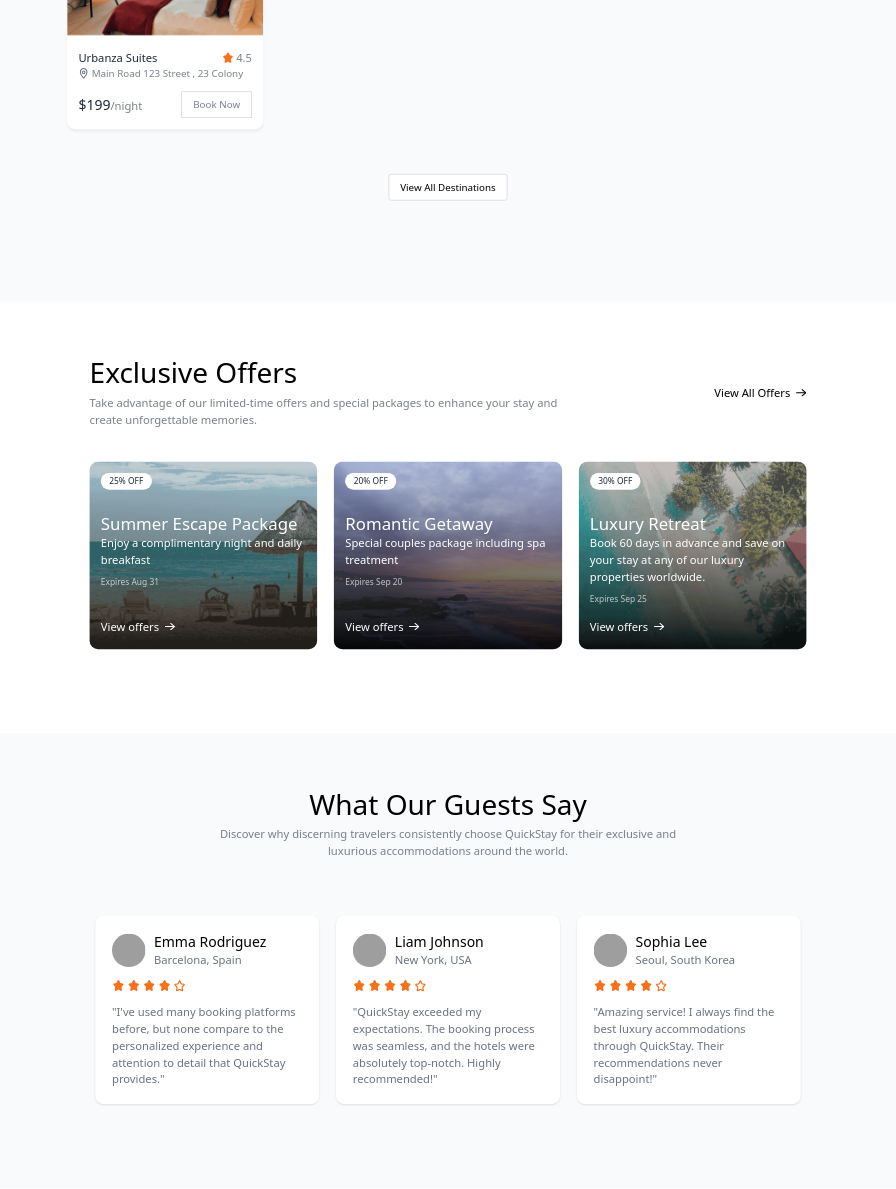
Repository: Ponn-Star/My-App
Page: / (app in FrontEnd/)
An editor plug-in stored every save of this project. The page is shown before and after the next save, followed by the edit.
The browser window is 1280 px wide. The pictures show the part of the page from y = 1461 to 3381 px (the page is 3159 px tall before and 3381 px after), at 70% of full size.
Pictures or frames that could not be fetched are drawn as grey boxes. The project was rebuilt for these pictures with package versions that can differ from the ones it lists, and the page was loaded fresh each time. Also part of the build but not shown: FrontEnd/vite.config.js, FrontEnd/src/assets/assets.js.

Above is the page before, as saved 2025-05-08 23:47:00.

### FrontEnd/index.html
<!doctype html>
<html lang="en">
  <head>
    <meta charset="UTF-8" />
    <link rel="icon" type="image/svg+xml" href="/favicon.svg" />
    <meta name="viewport" content="width=device-width, initial-scale=1.0" />
    <title>Booking</title>
  </head>
  <body>
    <div id="root"></div>
    <script type="module" src="/src/main.jsx"></script>
  </body>
</html>

### FrontEnd/src/main.jsx
import { StrictMode } from 'react'
import { createRoot } from 'react-dom/client'
import './index.css'
import App from './App.jsx'
import { BrowserRouter } from 'react-router-dom'

createRoot(document.getElementById('root')).render(
    <BrowserRouter>
      <App />
    </BrowserRouter>
)

### FrontEnd/src/App.jsx
import React from 'react'
import Navbar from './components/Navbar'
import { Route, Routes, useLocation } from 'react-router-dom'
import Home from './pages/Home'

function App() {

  const isOwnerPath = useLocation().pathname.includes("owner");
  return (
    <div>
      {!isOwnerPath && <Navbar />}
      <div className='min-h-[70vh]'>
        <Routes>
          <Route path='/' element={<Home />} />
        </Routes>
      </div>
    </div>
  )
}

export default App

### FrontEnd/src/components/Navbar.jsx
import React from 'react';
import { Link } from 'react-router-dom';
import { assets } from '../assets/assets';

const Navbar = () => {
    const navLinks = [
        { name: 'Home', path: '/' },
        { name: 'Hotels', path: '/rooms' },
        { name: 'Experience', path: '/' },
        { name: 'About', path: '/' },
    ];

    const [isScrolled, setIsScrolled] = React.useState(false);
    const [isMenuOpen, setIsMenuOpen] = React.useState(false);

    React.useEffect(() => {
        const handleScroll = () => {
            setIsScrolled(window.scrollY > 10);
        };
        window.addEventListener("scroll", handleScroll);
        return () => window.removeEventListener("scroll", handleScroll);
    }, []);

    return (
            <nav className={`fixed top-0 left-0 w-full flex items-center justify-between px-4 md:px-16 lg:px-24 xl:px-32 transition-all duration-500 z-50 ${isScrolled ? "bg-white/80 shadow-md text-gray-700 backdrop-blur-lg py-3 md:py-4" : "py-4 md:py-6"}`}>

                {/* Logo */}
                <Link to='/'>
                    <img src={assets.logo} alt="logo" className={`h-9 ${isScrolled && "invert opacity-80"}`} />
                </Link>

                {/* Desktop Nav */}
                <div className="hidden md:flex items-center gap-4 lg:gap-8">
                    {navLinks.map((link, i) => (
                        <a key={i} href={link.path} className={`group flex flex-col gap-0.5 ${isScrolled ? "text-gray-700" : "text-white"}`}>
                            {link.name}
                            <div className={`${isScrolled ? "bg-gray-700" : "bg-white"} h-0.5 w-0 group-hover:w-full transition-all duration-300`} />
                        </a>
                    ))}
                    <button className={`border px-4 py-1 text-sm font-light rounded-full cursor-pointer ${isScrolled ? 'text-black' : 'text-white'} transition-all`}>
                        Dashboard
                    </button>
                </div>

                {/* Desktop Right */}
                <div className="hidden md:flex items-center gap-4">
                    <img src={assets.searchIcon} alt='search' className={`${isScrolled && "invert"} h-7 transition duration-500`} />
                    <button className="bg-black text-white px-8 py-2.5 rounded-full ml-4 transition-all duration-500">
                        Login
                    </button>
                </div>

                {/* Mobile Menu Button */}
                <div className="flex items-center gap-3 md:hidden">
                    <img onClick={()=> setIsMenuOpen(!isMenuOpen)} src={assets.menuIcon} alt='' className={`${isScrolled && "invert"} h-4`} />
                </div>

                {/* Mobile Menu */}
                <div className={`fixed top-0 left-0 w-full h-screen bg-white text-base flex flex-col md:hidden items-center justify-center gap-6 font-medium text-gray-800 transition-all duration-500 ${isMenuOpen ? "translate-x-0" : "-translate-x-full"}`}>
                    <button className="absolute top-4 right-4" onClick={() => setIsMenuOpen(false)}>
                        <img src={assets.closeIcon} alt='close' className="h-6.5" />
                    </button>

                    {navLinks.map((link, i) => (
                        <a key={i} href={link.path} onClick={() => setIsMenuOpen(false)}>
                            {link.name}
                        </a>
                    ))}

                    <button className="border px-4 py-1 text-sm font-light rounded-full cursor-pointer transition-all">
                        Dashboard
                    </button>

                    <button className="bg-black text-white px-8 py-2.5 rounded-full transition-all duration-500">
                        Login
                    </button>
                </div>
            </nav>
    );
}

export default Navbar

### FrontEnd/src/pages/Home.jsx
import React from 'react'
import Hero from '../components/Hero'
import FeaturedDestination from '../components/FeaturedDestination'
import ExclusiveOffers from '../components/ExclusiveOffers'
import Testimonial from '../components/Testimonial'

const Home = () => {
  return (
    <>
      <Hero />
      <FeaturedDestination />
      <ExclusiveOffers />
      <Testimonial />
    </>
  )
}

export default Home

### FrontEnd/src/components/Hero.jsx
import React from 'react'
import { cities } from '../assets/assets'

const Hero = () => {
  return (
    <div className='flex flex-col items-start justify-center px-6 md:px-16 lg:px-24 xl:px-32 text-white bg-[url("/src/assets/heroImage.png")] bg-no-repeat bg-cover bg-center h-screen'>
      <p className="bg-[#49B9FF]/50 px-3.5 py-1 rounded-full mt-20">The Premium Glamping</p>
      <h1 className="font-playfair text-2x1 md:text-5x1 md:text-[50px] md:leading-[56px] font-bold md:font-extrabold max-w-xl mt-4">CỰC CHILL CẮM TRẠI BBQ TRƯỚC LỀU!</h1>
      <p className="max-w-170 mt-2 text-sm md:text-base">Giữa rừng thông lặng lẽ, 𝐅𝐨𝐫𝐞𝐬𝐭 𝐒𝐜𝐞𝐧𝐭 𝐆𝐥𝐚𝐦𝐩𝐢𝐧𝐠 & 𝐂𝐚𝐦𝐩𝐢𝐧𝐠 không ồn ào, không vội vã, không deadline. Chỉ cần xách balo lên và để 𝐅𝐨𝐫𝐞𝐬𝐭 𝐒𝐜𝐞𝐧𝐭 lo. Mọi thứ đã sẵn sàng để bạn “nghỉ ngơi” đúng nghĩa</p>

      <form className='bg-white text-gray-500 rounded-lg px-6 py-4 flex flex-col md:flex-row max-md:items-start gap-4 max-md:mx-auto mt-10'>

            <div>
                <div className='flex items-center gap-2'>
                    <svg className="w-4 h-4 text-gray-800" aria-hidden="true" xmlns="http://www.w3.org/2000/svg" width="24" height="24" fill="none" viewBox="0 0 24 24" >
                        <path stroke="currentColor" strokeLinecap="round" strokeLinejoin="round" strokeWidth="2" d="M4 10h16M8 14h8m-4-7V4M7 7V4m10 3V4M5 20h14a1 1 0 0 0 1-1V7a1 1 0 0 0-1-1H5a1 1 0 0 0-1 1v12a1 1 0 0 0 1 1Z" />
                    </svg>
                    <label htmlFor="destinationInput">Destination</label>
                </div>
                <input list='destinations' id="destinationInput" type="text" className=" rounded border border-gray-200 px-3 py-1.5 mt-1.5 text-sm outline-none" placeholder="Type here" required />
                <datalist id='destinations'>
                  {cities.map((city, index) => (
                    <option value={index} key={city}/>
                  ))}
                  /</datalist>
            </div>

            <div>
                <div className='flex items-center gap-2'>
                    <svg className="w-4 h-4 text-gray-800" aria-hidden="true" xmlns="http://www.w3.org/2000/svg" width="24" height="24" fill="none" viewBox="0 0 24 24" >
                        <path stroke="currentColor" strokeLinecap="round" strokeLinejoin="round" strokeWidth="2" d="M4 10h16M8 14h8m-4-7V4M7 7V4m10 3V4M5 20h14a1 1 0 0 0 1-1V7a1 1 0 0 0-1-1H5a1 1 0 0 0-1 1v12a1 1 0 0 0 1 1Z" />
                    </svg>
                    <label htmlFor="checkIn">Check in</label>
                </div>
                <input id="checkIn" type="date" className=" rounded border border-gray-200 px-3 py-1.5 mt-1.5 text-sm outline-none" />
            </div>

            <div>
                <div className='flex items-center gap-2'>
                    <svg className="w-4 h-4 text-gray-800" aria-hidden="true" xmlns="http://www.w3.org/2000/svg" width="24" height="24" fill="none" viewBox="0 0 24 24" >
                        <path stroke="currentColor" strokeLinecap="round" strokeLinejoin="round" strokeWidth="2" d="M4 10h16M8 14h8m-4-7V4M7 7V4m10 3V4M5 20h14a1 1 0 0 0 1-1V7a1 1 0 0 0-1-1H5a1 1 0 0 0-1 1v12a1 1 0 0 0 1 1Z" />
                    </svg>
                    <label htmlFor="checkOut">Check out</label>
                </div>
                <input id="checkOut" type="date" className=" rounded border border-gray-200 px-3 py-1.5 mt-1.5 text-sm outline-none" />
            </div>

            <div className='flex md:flex-col max-md:gap-2 max-md:items-center'>
                <label htmlFor="guests">Guests</label>
                <input min={1} max={4} id="guests" type="number" className=" rounded border border-gray-200 px-3 py-1.5 mt-1.5 text-sm outline-none  max-w-16" placeholder="0" />
            </div>

            <button className='flex items-center justify-center gap-1 rounded-md bg-black py-3 px-4 text-white my-auto cursor-pointer max-md:w-full max-md:py-1' >
                <svg className="w-4 h-4 text-white" aria-hidden="true" xmlns="http://www.w3.org/2000/svg" width="24" height="24" fill="none" viewBox="0 0 24 24" >
                    <path stroke="currentColor" strokeLinecap="round" strokeWidth="2" d="m21 21-3.5-3.5M17 10a7 7 0 1 1-14 0 7 7 0 0 1 14 0Z" />
                </svg>
                <span>Search</span>
            </button>
        </form>
    </div>
  )
}

export default Hero

### FrontEnd/src/components/FeaturedDestination.jsx
import React from 'react'
import HotelCard from './HotelCard'
import { roomsDummyData } from '../assets/assets'
import Title from './Title'
import { useNavigate } from 'react-router-dom'

const FeaturedDestination = () => {

  const navigate = useNavigate()

  return (
    <div className='flex flex-col items-center px-6 md:px-16 lg:px-24 bg-slate-50 py-20'>

        <Title title='Featured Destination' subTitle='Discover our handpicked selection of exceptional properties around the world, offering unparalleled luxury and unforgettable experiences.' />

        <div className='flex flex-wrap items-center justify-between gap-6 mt-20'>
        {roomsDummyData.slice(0, 4).map((room, index) => (
            <HotelCard key={room._id} room={room} index={index} />
        ))}
        </div>

        <button onClick={() => { navigate('/rooms'); scrollTo(0, 0); }}
        className="my-16 px-4 py-2 text-sm font-medium border border-gray-300 rounded bg-white hover:bg-gray-50 transition-all cursor-pointer">
          View All Destinations
        </button>
    </div>
  )
}

export default FeaturedDestination

### FrontEnd/src/components/ExclusiveOffers.jsx
import React from 'react'
import Title from './Title'
import { assets, exclusiveOffers } from '../assets/assets'

const ExclusiveOffers = () => {
  return (
    <div className='flex flex-col items-center px-6 md:px-16 lg:px-24 xl:px-32 pt-20 pb-30'>
      <div className='flex flex-col md:flex-row items-center justify-between w-full'>
        <Title align='left' title='Exclusive Offers' subTitle='Take advantage of our limited-time offers and special packages to enhance your stay and create unforgettable memories.'/>
        <button className='group flex items-center gap-2 font-medium cursor-pointer max-md:mt-12'>
            View All Offers
            <img src={assets.arrowIcon} alt="arrow-icon"
            className='group-hover:translate-x-1 transition-all'/>
        </button>
      </div>

      <div className='grid grid-cols-1 md:grid-cols-2 lg:grid-cols-3 gap-6 mt-12'>
        {exclusiveOffers.map((item) => (
            <div key={item._id} className='group relative flex flex-col items-start justify-between gap-1 pt-12 md:pt-18 px-4 rounded-xl text-white bg-no-repeat bg-cover bg-center'
            style={{ backgroundImage: `url(${item.image})` }}>
                <p className='px-3 py-1 absolute top-4 left-4 text-xs bg-white text-gray-800 font-medium rounded-full'>{item.priceOff}% OFF</p>
                <div>
                    <p className='text-2xl font-medium font-playfair'>{item.title}</p>
                    <p>{item.description}</p>
                    <p className='text-xs text-white/70 mt-3'>Expires {item.expiryDate}</p>
                </div>
                <button className='flex items-center gap-2 font-medium cursor-pointer mt-4 mb-5'>
                    View offers
                    <img className='invert group-hover:translate-x-1 transition-all'
                    src={assets.arrowIcon} alt=""
                    />
                </button>
            </div>
        ))}
      </div>
    </div>
  )
}

export default ExclusiveOffers

### FrontEnd/src/components/Testimonial.jsx
import React from 'react'
import Title from './Title'
import { testimonials} from '../assets/assets'
import StarRating from './StarRating'

const Testimonial = () => {
  return (
    <div className='flex flex-col items-center px-6 md:px-16 lg:px-24 bg-slate-50 pt-20 pb-30'>
      <Title
            title="What Our Guests Say"
            subTitle="Discover why discerning travelers consistently choose QuickStay for their exclusive and luxurious accommodations around the world."
        />

        <div className="flex flex-wrap items-center gap-6 mt-20">
                {testimonials.map((testimonial) => (
                    <div key={testimonial.id} className="bg-white p-6 rounded-xl shadow max-w-xs">
                        <div className="flex items-center gap-3">
                            <img className="w-12 h-12 rounded-full" src={testimonial.image} alt={testimonial.name} />
                            <div>
                                <p className="font-playfair text-xl">{testimonial.name}</p>
                                <p className="text-gray-500">{testimonial.address}</p>
                            </div>
                        </div>
                        <div className="flex items-center gap-1 mt-4">
                            <StarRating/>
                        </div>
                        <p className="text-gray-500 max-w-90 mt-4">"{testimonial.review}"</p>
                    </div>
                ))}
            </div>
    </div>
  )
}

export default Testimonial

### FrontEnd/src/components/HotelCard.jsx
import React from 'react'
import { Link } from 'react-router-dom'
import { assets } from '../assets/assets'

const HotelCard = ({room, index}) => {
  return (
      <Link to={'/room/' + room._id} onClick={()=> scrollTo(0,0)} key={room._id} className='relative max-w-70 w-full rounded-xl overflow-hidden bg-white text-gray-500/90 shadow-[0px_4px_4px_rgba(0,0,0,0.05)]'>
          <img src={room.images[0]} alt=""/>

          {index % 2 === 0 && <p className='px-3 py-1 absolute top-3 left-3 text-xs bg-white text-gray-800 font-medium rounded-full'>Best Seller </p>}

          <div className='p-4 pt-5'>
            <div className='flex items-center justify-between'>
                <p className='font-playfair text-x1 font-medium text-gray-800'>{room.hotel.name}</p>
                <div className='flex items-center gap-1'>
                    <img src={assets.starIconFilled} alt="star-icon" /> 4.5
                </div>
            </div>
                <div className='flex items-center gap-1 text-sm'>
                    <img src={assets.locationIcon} alt="location-icon" />
                    <span>{room.hotel.address}</span>
                </div>
                <div className='flex items-center justify-between mt-4'>
                    <p><span className='text-xl text-gray-800'>${room.pricePerNight}</span>/night</p>
                    <button className='px-4 py-2 text-sm font-medium border border-gray-300 rounded:bg-gray-50 transition-all cursor-pointer'>Book Now</button>
                </div>
          </div>
      </Link>
  )
}

export default HotelCard

### FrontEnd/src/components/Title.jsx
import React from 'react'

const Title = ({title, subTitle, align, font}) => {
    return (
        <div className={`flex flex-col justify-center items-center text-center ${align === "left" && "md:items-start md:text-left"}`}>
          <h1 className={`text-4xl md:text-[40px] ${font || "font-playfair"}`}>{title}</h1>
          <p className="text-sm md:text-base text-gray-500/90 mt-2 max-w-174">{subTitle}</p>
        </div>
  )
}

export default Title

### FrontEnd/src/components/StarRating.jsx
import React from 'react'
import { assets } from '../assets/assets'


const StarRating = ({rating = 4}) => {
  return (
    <>
      {Array(5).fill('').map((_, index) => (
            <img src={rating > index ? assets.starIconFilled : assets.starIconOutlined} alt="star-icon" className='w-4.5 h-4.5'/>
        ))}
    </>
  )
}

export default StarRating

Loaded but not shown: FrontEnd/src/index.css (common file)

After the next save:
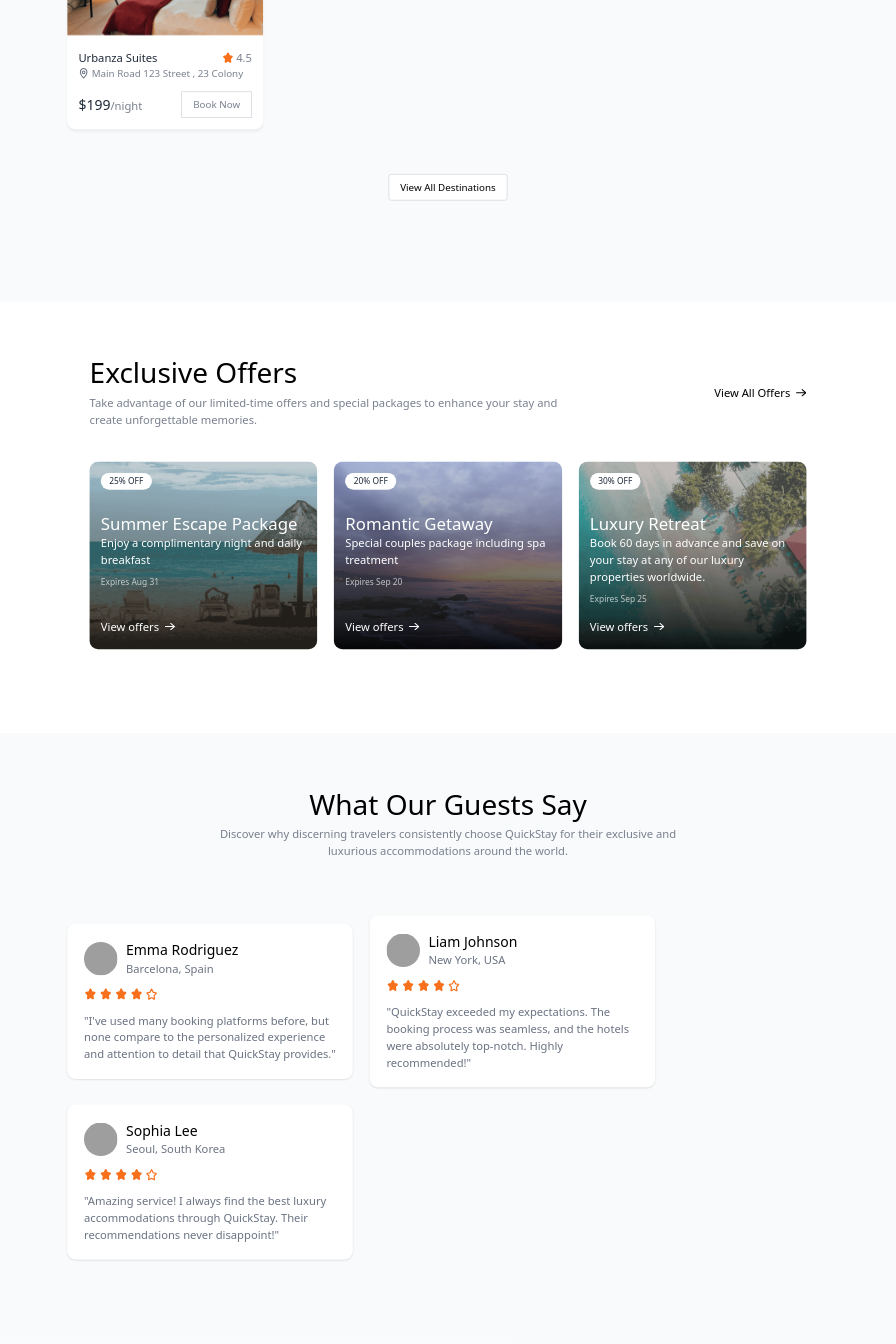
Saved 6 min 34 s later.
--- a/FrontEnd/src/components/Testimonial.jsx
+++ b/FrontEnd/src/components/Testimonial.jsx
@@ -13,7 +13,7 @@ const Testimonial = () => {
 
         <div className="flex flex-wrap items-center gap-6 mt-20">
                 {testimonials.map((testimonial) => (
-                    <div key={testimonial.id} className="bg-white p-6 rounded-xl shadow max-w-xs">
+                    <div key={testimonial.id} className="bg-white p-6 rounded-xl shadow">
                         <div className="flex items-center gap-3">
                             <img className="w-12 h-12 rounded-full" src={testimonial.image} alt={testimonial.name} />
                             <div>
